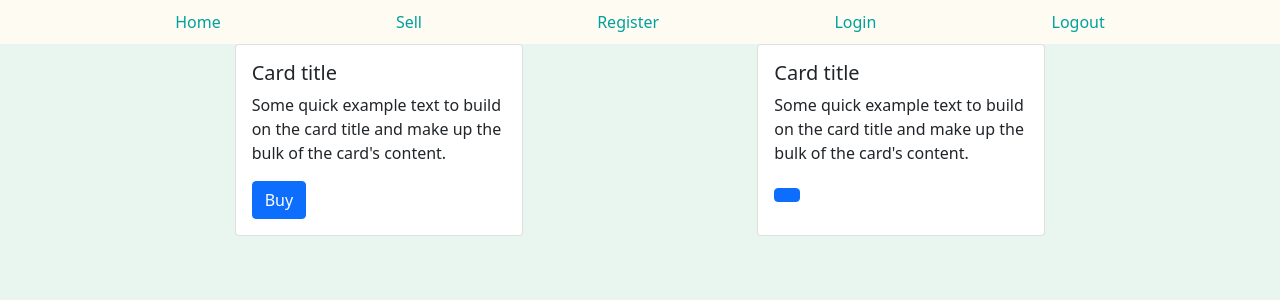
Repository: RiteshK555/itw-project
Page: http://localhost/
An editor plug-in stored every save of this project. The page is shown before and after the next save, followed by the edit.
The browser window is 1280 px wide. The pictures show the whole page.
The page is served by the project's application, run on Django 3.2 (student_olx/manage.py). Other server files are loaded and not shown.

Above is the page before, as saved 2021-09-19 12:46:10.

### student_olx/main/templates/main/home.html
{%extends 'main/base.html'%}
{% load static %}
{%block title%}
Home
{%endblock%}
{% block styles %}
<link rel="stylesheet" type="text/css" href="{% static 'main/home.css'%}">
{% endblock %}
{%block content %}
<div id="itemz">
<div class="card" style="width: 18rem;">
  {% comment %} <img src="..." class="card-img-top" alt="..."> {% endcomment %}
  <div class="card-body">
    <h5 class="card-title">Card title</h5>
    <p class="card-text">Some quick example text to build on the card title and make up the bulk of the card's content.</p>
    <a href="#" class="btn btn-primary">Buy</a>
  </div>
</div>
<div class="card" style="width: 18rem;">
  {% comment %} <img src="..." class="card-img-top" alt="..."> {% endcomment %}
  <div class="card-body">
    <h5 class="card-title">Card title</h5>
    <p class="card-text">Some quick example text to build on the card title and make up the bulk of the card's content.</p>
    <a href="#" class="btn btn-primary"></a>
  </div>
</div>
</div>
{%endblock %}

### student_olx/main/templates/main/base.html
{% load static%}
<!DOCTYPE html>
<!--[if lt IE 7]>      <html class="no-js lt-ie9 lt-ie8 lt-ie7"> <![endif]-->
<!--[if IE 7]>         <html class="no-js lt-ie9 lt-ie8"> <![endif]-->
<!--[if IE 8]>         <html class="no-js lt-ie9"> <![endif]-->
<!--[if gt IE 8]>      <html class="no-js"> <!--<![endif]-->
<html lang="en">
    <head>
        <meta charset="utf-8">
        <meta http-equiv="X-UA-Compatible" content="IE=edge">
        <title>{%block title%}This is Base Title{%endblock%}</title>
        <meta name="description" content="">
        <link href="https://cdn.jsdelivr.net/npm/bootstrap@5.1.1/dist/css/bootstrap.min.css" rel="stylesheet" integrity="sha384-F3w7mX95PdgyTmZZMECAngseQB83DfGTowi0iMjiWaeVhAn4FJkqJByhZMI3AhiU" crossorigin="anonymous">
        <meta name="viewport" content="width=device-width, initial-scale=1">
        <link rel="stylesheet" type="text/css" href="{% static 'main/style.css'%}">
        {% block styles %}
        {% endblock %}
    </head>
    <div class="header">
        <a href="/">Home</a>
        <a href="/sell">Sell</a>
       <a href="/register">Register</a>
        <a href="/login">Login</a>
        <a href="/logout">Logout</a>
    </div>
    <body>
    <div id="content">
    {%block content %}
    {% endblock %}
    </div>
        <!--[if lt IE 7]>
            <p class="browsehappy">You are using an <strong>outdated</strong> browser. Please <a href="#">upgrade your browser</a> to improve your experience.</p>
        <![endif]-->
        <script src="https://cdn.jsdelivr.net/npm/bootstrap@5.1.1/dist/js/bootstrap.bundle.min.js" integrity="sha384-/bQdsTh/da6pkI1MST/rWKFNjaCP5gBSY4sEBT38Q/9RBh9AH40zEOg7Hlq2THRZ" crossorigin="anonymous"></script>
        <script src="" async defer></script>
    </body>
</html>

### student_olx/main/views.py
from django.http.response import HttpResponseRedirect
from django.shortcuts import render,redirect
from .models import ToDoList

# Create your views here.
from django.http import HttpResponse
from .forms import CreateNewProduct
def index(response,id):
    lis=ToDoList.objects.get(id=id)
    return render(response,"main/base.html",{"name":lis})
def home(response):
    return render(response,"main/home.html",{"name":"test"})
def sell(response):
    if response.method == "POST":
        form=CreateNewProduct(response.POST)
        if form.is_valid():
            p_n=form.cleaned_data["product_name"]
            d=form.cleaned_data["description"]
            m=ToDoList(product_name=p_n,description=d)
            m.save()
        return HttpResponseRedirect("/%i" %m.id)
    else:
        form=CreateNewProduct()
    return render(response,"main/sell.html",{"form":form})
def buy(response):
    return render(response,"main/buy.html",{})

### student_olx/student_olx/urls.py
"""student_olx URL Configuration

The `urlpatterns` list routes URLs to views. For more information please see:
    https://docs.djangoproject.com/en/3.1/topics/http/urls/
Examples:
Function views
    1. Add an import:  from my_app import views
    2. Add a URL to urlpatterns:  path('', views.home, name='home')
Class-based views
    1. Add an import:  from other_app.views import Home
    2. Add a URL to urlpatterns:  path('', Home.as_view(), name='home')
Including another URLconf
    1. Import the include() function: from django.urls import include, path
    2. Add a URL to urlpatterns:  path('blog/', include('blog.urls'))
"""
from django.contrib import admin
from django.urls import path,include
# from main import views as v
from  registration import views
urlpatterns = [
    path('admin/', admin.site.urls),
    path("register/",views.register,name="register"),
    path("",include("main.urls")),
    path("",include("django.contrib.auth.urls")),
]

### student_olx/main/urls.py
from django.urls import path
from . import views
urlpatterns =[
    path("<int:id>",views.index,name="index"),
    path("",views.home,name="home"),
    path("sell/",views.sell,name="sell"),
    path("buy/",views.buy,name="buy"),
]

### student_olx/main/static/main/style.css
.header{
    display: flex;
    justify-content: space-evenly;
    padding-top: 10px;
    padding-bottom: 10px;
    background-color:#FEFBF3;
}
a{
    color:#00A19D;
    text-decoration: none;
}
body{
    margin:0;
    background-color:#E8F6EF;
}
#hello{
    color:red;
}

### student_olx/main/static/main/home.css

#itemz{
    display:flex;
    justify-content:space-evenly;
}

After the next save:
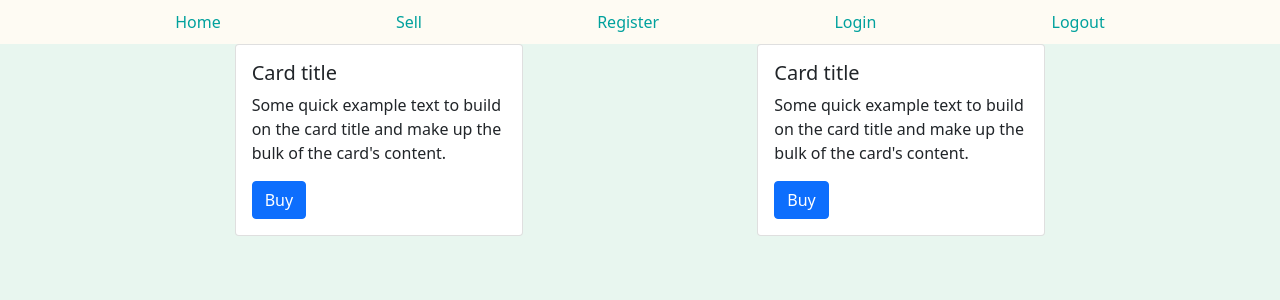
Saved 4 s later.
--- a/student_olx/main/templates/main/home.html
+++ b/student_olx/main/templates/main/home.html
@@ -21,7 +21,7 @@
   <div class="card-body">
     <h5 class="card-title">Card title</h5>
     <p class="card-text">Some quick example text to build on the card title and make up the bulk of the card's content.</p>
-    <a href="#" class="btn btn-primary"></a>
+    <a href="#" class="btn btn-primary">Buy</a>
   </div>
 </div>
 </div>
